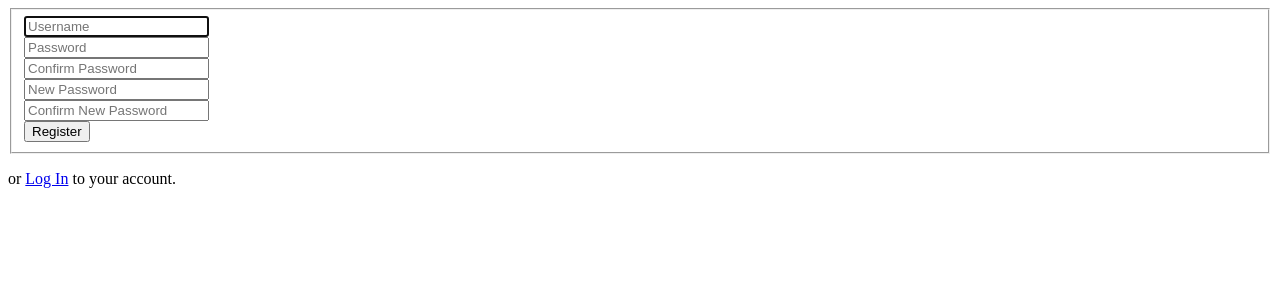
Repository: JayWelborn/CS50x-archive
Page: http://localhost/week8/pset7/views/password_form.php
The author's editor kept a record of every edit. The page is drawn from the files as they stood at one moment, then again after the next edit.
The browser window is 1280 px wide. The pictures show the whole page.
The page is run by PHP 8.4 with error messages shown; the project is at /var/www/html/.

Above is the page before.

### workspace/week8/pset7/views/password_form.php
<form action="password.php" method="post">
    <fieldset>
        <div class="form-group">
            <input autocomplete="off" autofocus class="form-control" name="username" placeholder="Username" type="text"/>
        </div>
        <div class="form-group">
            <input class="form-control" name="password" placeholder="Password" type="password"/>
        </div>
        <div class="form-group">
            <input class="form-control" name="confirmation" placeholder="Confirm Password" type="password"/>
        </div>
        <div class="form-group">
            <input class="form-control" name="new_password" placeholder="New Password" type="password"/>
        </div>
        <div class="form-group">
            <input class="form-control" name="new_confirmation" placeholder="Confirm New Password" type="password"/>
        </div>
        <div class="form-group">
            <button class="btn btn-default" type="submit">
                <span aria-hidden="true" class="glyphicon glyphicon-log-in"></span>
                Register
            </button>
        </div>
    </fieldset>
</form>
<div>
    or <a href="login.php">Log In</a> to your account.
</div>

After the next edit:
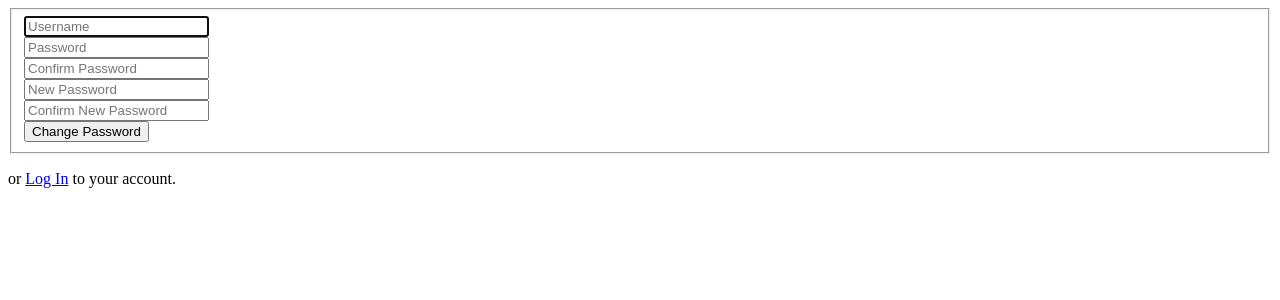
The edit:
--- a/workspace/week8/pset7/views/password_form.php
+++ b/workspace/week8/pset7/views/password_form.php
@@ -18,7 +18,7 @@
         <div class="form-group">
             <button class="btn btn-default" type="submit">
                 <span aria-hidden="true" class="glyphicon glyphicon-log-in"></span>
-                Register
+                Change Password
             </button>
         </div>
     </fieldset>
